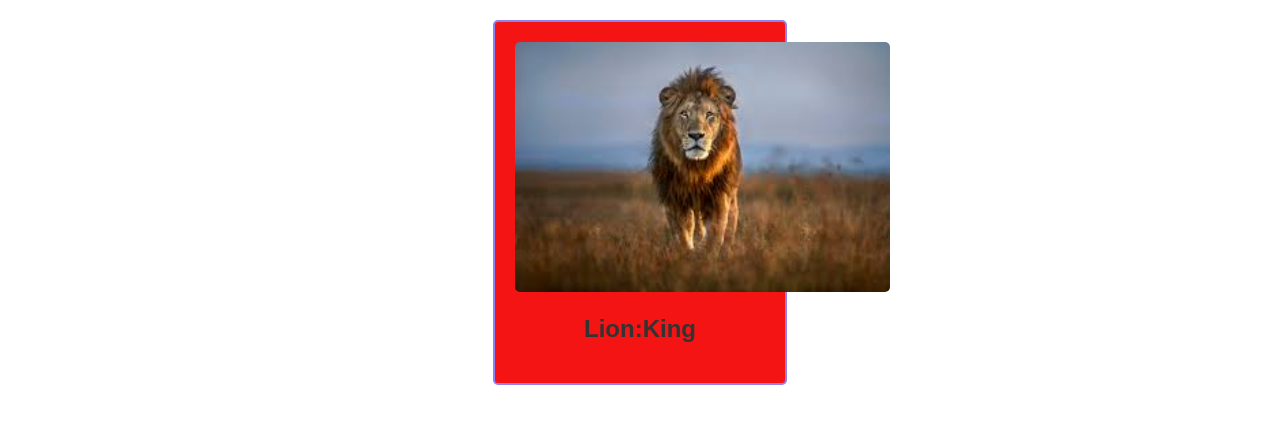
Repository: KingBoyMaylow/Animal-trading-card
Page: index.html
These files come from the project's save history. The page is drawn as it stood at one moment and after a run of saves; the edit follows.
The browser window is 1280 px wide. The pictures show the whole page.

Above is the page before, as saved 2024-05-13 21:45:39.

After the next 2 saves:
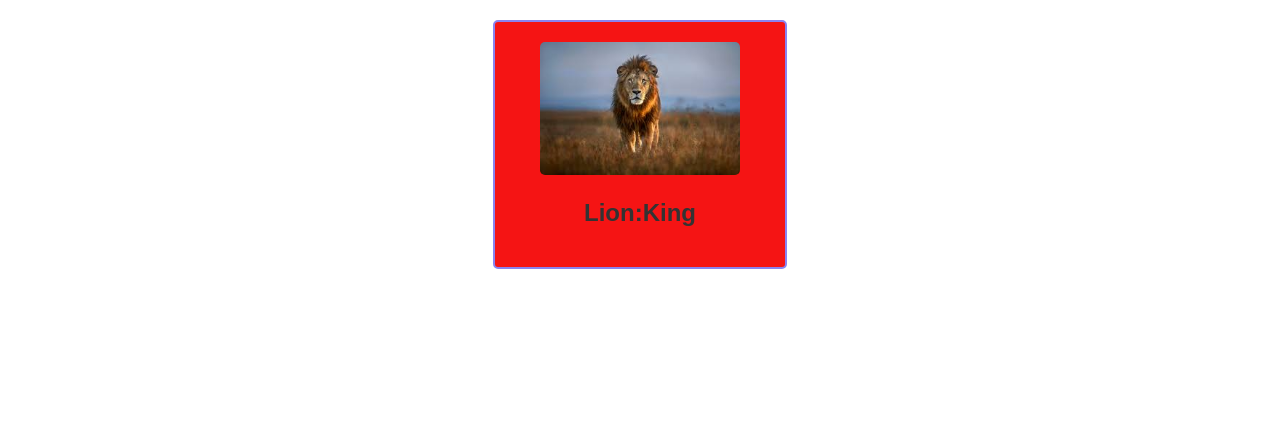
The 2 saves are shown as one change because they came seconds apart.
The last was saved 28 s later.
--- a/index.html
+++ b/index.html
@@ -20,7 +20,7 @@
         background-color: #f51414;
     }
     .card img {
-        width: 150%;
+        width: 80%;
         border-radius: 5px;
 
     }
